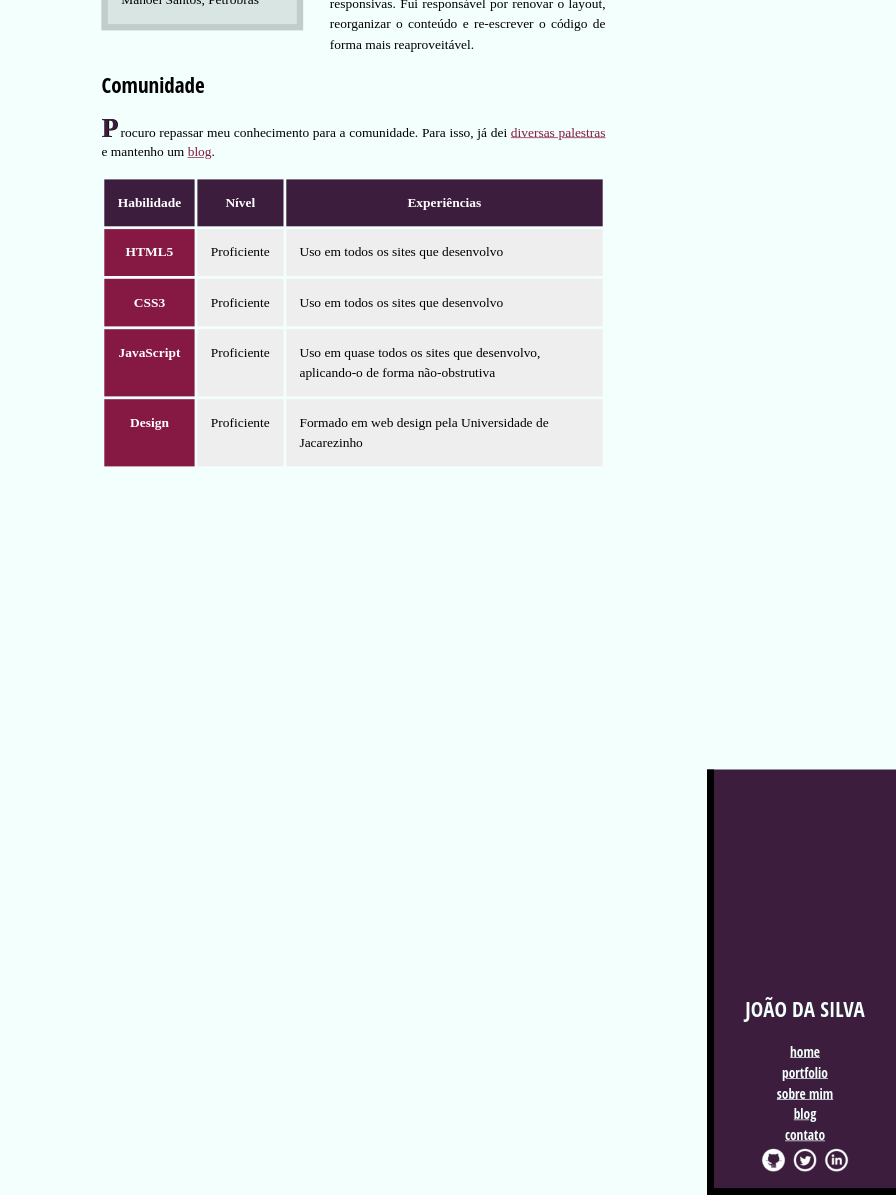
Repository: MichelMiola/html5Css3Avancado
Page: projeto/bio.html
The author's editor kept a copy of each file at every save. The page is drawn from the files as they stood at one save, then again after the next save.
The browser window is 1280 px wide. The pictures show the part of the page from y = 1126 to 3046 px (the page is 2833 px tall before and 3046 px after), at 70% of full size.
Some web fonts or font styles are not loaded; a fallback is used.

Above is the page before, as saved 2015-03-25 15:43:08.

### projeto/bio.html
<!DOCTYPE html>
<html>
<head>
    <meta charset="utf-8">
    <title>João da Silva - Biografia</title>
    <link rel="icon" href="imagens/favicon.png">
    <link rel="stylesheet" href="css/reset.css">
    <link rel="stylesheet" href="css/site.css">
    <link rel="stylesheet" href="css/bio.css">
    <link rel="stylesheet" href="http://fonts.googleapis.com/css?family=Crimson+Text:400,400italic,600">
    <link rel="stylesheet" href="http://fonts.googleapis.com/css?family=Open+Sans+Condensed:700">
</head>
<body>
    <main>
        <h1 class="titulo-principal">Sobre mim</h1>
        <div class="container">
            <p>Moro em São Paulo mas atendo clientes do mundo todo. Sou conhecido por fazer produtos de <em>qualidade</em>, <em>durabilidade</em> e que <em>agregam valor</em> para meus clientes.</p>
            <p>Trabalho usando a web como plataforma, ou seja, respiro HTML5, CSS3 e JavaScript (ou melhor: ECMASCript). Crio sites para todos, seguindo as principais diretivas de <strong>acessibilidade, responsividade e web semântica</strong>, sem descuidar da qualidade de código.</p>
            <h2 class="subtitulo-texto">Como trabalho</h2>
            <blockquote tabindex="1" class="citacao-bio fiat">
                <p>João é o melhor desenvolvedor front-end com quem já trabalhei. Muito eficiente e muito capaz. Recomendo sem dúvidas!</p>
                <cite>José Souza, Fiat</cite>
            </blockquote>
            <p>Satisfazer meus clientes é prioridade. Para isso, garanto um processo de desenvolvimento altamente interativo, baseado em feedback contínuo. <strong>Não trabalho com escopo fechado</strong>: o cliente é que decide quando o produto está pronto.</p>
            <p>Também não trabalho com prazos fechados: <strong>qualidade é importante demais para ser sacrificada</strong>.</p>
            <h2 class="subtitulo-texto">Experiência</h2>
            <blockquote tabindex="1" class="citacao-bio petrobras">
                <p>João domina as tecnologias como ninguém. Eu apresentava um problema, ele tinha na ponta da língua a solução mais adequada com as tecnologias mais recentes.</p>
                <cite>Manoel Santos, Petrobrás</cite>
            </blockquote>
            <p>Já desenvolvi projetos para grandes empresas como <a href="http://bmw.com">BMW</a>, <a href="http://www.uol.com.br">UOL</a> e <a href="http://www.ibm.com.br">IBM</a>. Neles, o foco principal era entregar uma experiência imersiva e impactante para o usuário final sem descuidar do desempenho e da acessibilidade da página.</p>
            <p>Também já fui contratado para transformar grandes portais, como Terra e G1, em páginas responsivas. Fui responsável por renovar o layout, reorganizar o conteúdo e re-escrever o código de forma mais reaproveitável.</p>
            <h2 class="subtitulo-texto">Comunidade</h2>
            <p>Procuro repassar meu conhecimento para a comunidade. Para isso, já dei <a href="portfolio.html">diversas palestras</a> e mantenho um <a href="blog.html">blog</a>.</p>

	        <table class="habilidades">
			  <thead>
			    <tr>
			      <th>Habilidade</th>
			      <th>Nível</th>
			      <th>Experiências</th>
			    </tr>
			  </thead>
			  <tbody>
			    <tr>
			      <th>HTML5</th>
			      <td>Proficiente</td>
			      <td>Uso em todos os sites que desenvolvo</td>
			    </tr>
			    <tr>
			      <th>CSS3</th>
			      <td>Proficiente</td>
			      <td>Uso em todos os sites que desenvolvo</td>
			    </tr>
			    <tr>
			      <th>JavaScript</th>
			      <td>Proficiente</td>
			      <td>Uso em quase todos os sites que desenvolvo, aplicando-o de forma não-obstrutiva</td>
			    </tr>
			    <tr>
			      <th>Design</th>
			      <td>Proficiente</td>
			      <td>Formado em web design pela Universidade de Jacarezinho</td>
			    </tr>
			  </tbody>
			</table>

        </div>


    </main>
    <img src="imagens/eu.jpg" alt="Minha foto" class="minha-foto">
    <aside class="navegacao-site">
        <h1>João da Silva</h1>
        <nav>
            <ul>
                <li><a href="index.html">Home</a></li>
                <li><a href="portfolio.html">Portfolio</a></li>
                <li><a href="bio.html">Sobre mim</a></li>
                <li><a href="blog.html">Blog</a></li>
                <li><a href="contato.html">Contato</a></li>
            </ul>
        </nav>
        <ul class="icones-redes-sociais">
		  <li>
		    <a href="https://github.com/joaodasilva" class="github" data-tooltip="Veja meus projetos opensource">
		      Github
		    </a>
		  </li>
		  <li>
		    <a href="https://twitter.com/joaodasilva" class="twitter" data-tooltip="Siga-me no Twitter">
		      Twitter
		    </a>
		  </li>
		  <li>
		    <a href="https://br.linkedin.com/pub/joão-da-silva/32/4/508" class="linkedin" data-tooltip="Veja meu currículo">
		      LinkedIn
		    </a>
		  </li>
		</ul>
    </aside>
    <footer class="rodape-pagina">
        &copy; João da Silva 2014
    </footer>
</body>
</html>

### projeto/css/site.css
body {
	font-family: "Crimson Text", "Times New Roman", serif;
	background-color: #F2FFFC;
	font-size: 120%;
	line-height: 1.5;
	display: flex;
  	flex-wrap: wrap;
  	display: block;
}

h1, h2, .subtitulo-principal {
	font-family: "Open Sans Condensed", "Arial", sans-serif;
}

h1 {
	text-transform: uppercase;
	font-size: 60px;
}

.titulo-principal {
	text-align: center;
	background-color: #851944;
	color: #FFF;
	padding: 2rem;
	border-bottom: .5rem solid #000;
}

.subtitulo-texto {
	font-size: 30px;
	clear: both;
}

main a {
	color: #851944;
}

main p {
	text-align: justify;
	margin: 20px 0;
}

.navegacao-site {
	text-align: center;
	background-color: #3C1D3D;
	color: #F2FFFC;
	padding: 20px;
	padding-top: calc(300px + 1em);
}

.navegacao-site a {
	color: inherit;
	font-family: "Open Sans Condensed", "Arial", sans-serif;
	text-transform: lowercase;
}

.navegacao-site h1 {
	font-size: 30px;
	margin-bottom: 25px;
}

.rodape-pagina {
	/* background-color: #000; */
	color: #F2FFFC;
	padding: 20px;
	clear: both;
	position: fixed;
	bottom: 0;
	left: 0;
	width: 100%;
	box-sizing: border-box;
	/* background-color: rgba(0, 0, 0, 0.3); */
	background-image: radial-gradient(ellipse at left bottom, rgba(60, 29, 61, 0.8),
		rgba(60, 29, 61, 0.8) 65%, black 65%, black 70%, transparent 70%,
		transparent);
	background-size: 25% 100%;
	background-repeat: no-repeat;
}

.container {
	width: 720px;
	margin-left: auto;
	margin-right: auto;
	padding: 30px 0;
}

strong {
	font-weight: bold;
}

em {
	font-style: italic;
}

.icones-redes-sociais li {
	display: inline-block;
}

.icones-redes-sociais a {
	width: 40px;
	height: 40px;
	display: block;
	text-indent: -99999px;
}

.github {
	background-image: url(../imagens/github.png);
}

.twitter {
	background-image: url(../imagens/twitter.png);
}

.linkedin {
	background-image: url(../imagens/linkedin.png);
}

main {
	/* width: 80%; */
	/* float: left; */
	padding-bottom: 80px;
	width: calc(100% - 0.9 * 300px);
	flex-grow: 1;
}

.minha-foto, .navegacao-site {
	border-left: 10px solid black;
	border-bottom: 10px solid black;
	box-sizing: border-box;
}

.navegacao-site {
	width: 20%;
	float: right;
	position: relative;
	top: 300px;
	width: calc(0.9 * 300px);
}

.minha-foto {
	position: absolute;
	top: 0;
	right: 0;
	height: 300px;
}

.leia-mais {
	padding: .5em;
	margin: 1em;
	display: block;
	font-size: 1.25em;
	text-align: center;
	background-color: #E6E7E8;
}

.citacao-bio {
	background-color: #D9E5E3;
	border: .5em solid #C2CCCA;
	padding: 1em;
	margin: 1em 2em;
	width: 30ch;
	box-sizing: border-box;
}

main a:hover,
main a:focus,
footer a:hover,
footer a:focus {
  color: red;
}

.navegacao-site a:hover,
.navegacao-site a:focus {
  text-shadow: 0 0 2px pink;
}

.icones-redes-sociais a:hover::after,
.icones-redes-sociais a:focus::after {
  content: attr(data-tooltip);
}

.icones-redes-sociais a {
  position: relative;
}
.icones-redes-sociais a:hover::after,
.icones-redes-sociais a:focus::after {
  content: attr(data-tooltip);
  position: absolute;
  top: 100%;
  right: 0;
  text-indent: 0;
}

.icones-redes-sociais a {
  position: relative;
}
.icones-redes-sociais a:hover::after,
.icones-redes-sociais a:focus::after {
  content: attr(data-tooltip);
  position: absolute;
  top: 100%;
  right: 0;
  text-indent: 0;
  width: 300%;
}

.icones-redes-sociais a {
  position: relative;
}

.icones-redes-sociais a:hover::before,
.icones-redes-sociais a:focus::before {
  content: '';
}

.icones-redes-sociais a:hover::before,
.icones-redes-sociais a:focus::before {
  content: '';
  width: 1em;
  height: 1em;
  background-color: black;
}

.icones-redes-sociais a:hover::before,
.icones-redes-sociais a:focus::before {
  content: '';
  width: 1em;
  height: 1em;
  background-color: black;
  position: absolute;
  bottom: 0;
  left: 0;
}

.icones-redes-sociais a:hover::before,
.icones-redes-sociais a:focus::before {
    content: '';
    width: 1em;
    height: 1em;
    background-color: black;
    position: absolute;
    bottom: 0;
    left: 0;
    transform: translateY(.5em) rotate(45deg);
}

.icones-redes-sociais a:hover::after,
.icones-redes-sociais a:focus::after {
  content: attr(data-tooltip);
  position: absolute;
  top: 100%;
  right: 0;
  text-indent: 0;
  width: 300%;
  background: black;
  font-size: .75em;
}

### projeto/css/bio.css
.citacao-bio:nth-of-type(odd) {
    background-color: #D9E5E3;
    border: 10px solid #C2CCCA;
    padding: 20px;
    margin: 20px 40px;
    width: 250px;
    box-sizing: border-box;
}

.citacao-bio:nth-of-type(even){
    float: left;
    margin-left: 0;
}

blockquote:nth-of-type(odd) {
    float: right;
    margin-right: 0;
}

.citacao-bio:hover,
.citacao-bio:focus {
    box-shadow: 0 0 0 99999px rgba(0,0,0,.8);
}
.citacao-bio:nth-of-type(odd):hover,
.citacao-bio:nth-of-type(odd):focus {
    transform: scale(1.2) rotate(5deg);
}
.citacao-bio:nth-of-type(even):hover,
.citacao-bio:nth-of-type(even):focus {
    transform: scale(1.2) rotate(-5deg);
}

.container > p::first-letter {
  font-size: 200%;
  font-weight: bold;
  color: #3C1D3D;
  text-shadow: 1px 1px #000;
}

.container > p::first-letter {
  font-size: 200%;
  font-weight: bold;
  color: #3C1D3D;
  text-shadow: 1px 1px #000;
  margin-right: .2ch;
  line-height: 1;
}

.citacao-bio::before {
    content: '“';
    position: absolute;
    font-size: 10em;
    color: #bbb;
    line-height: .8
}
.citacao-bio > p {
    position: relative;
}

.habilidades th {
  font-weight: bold;
  background-color: #851944;
  color: white;
}

.habilidades thead th {
  /* não precisamos colocar font-weight e color
     pois já fizemos isso para todos os th */
  background-color: #3C1D3D;
}

.habilidades td {
  background-color: #eee;
}

.habilidades th,
.habilidades td {
  padding: 1em;
}
.habilidades {
  border-collapse: separate;
  border-spacing: .25em;
}

.habilidades {
  margin: 1em 0;
}

Loaded but not shown: projeto/css/reset.css (common file)

After the next save:
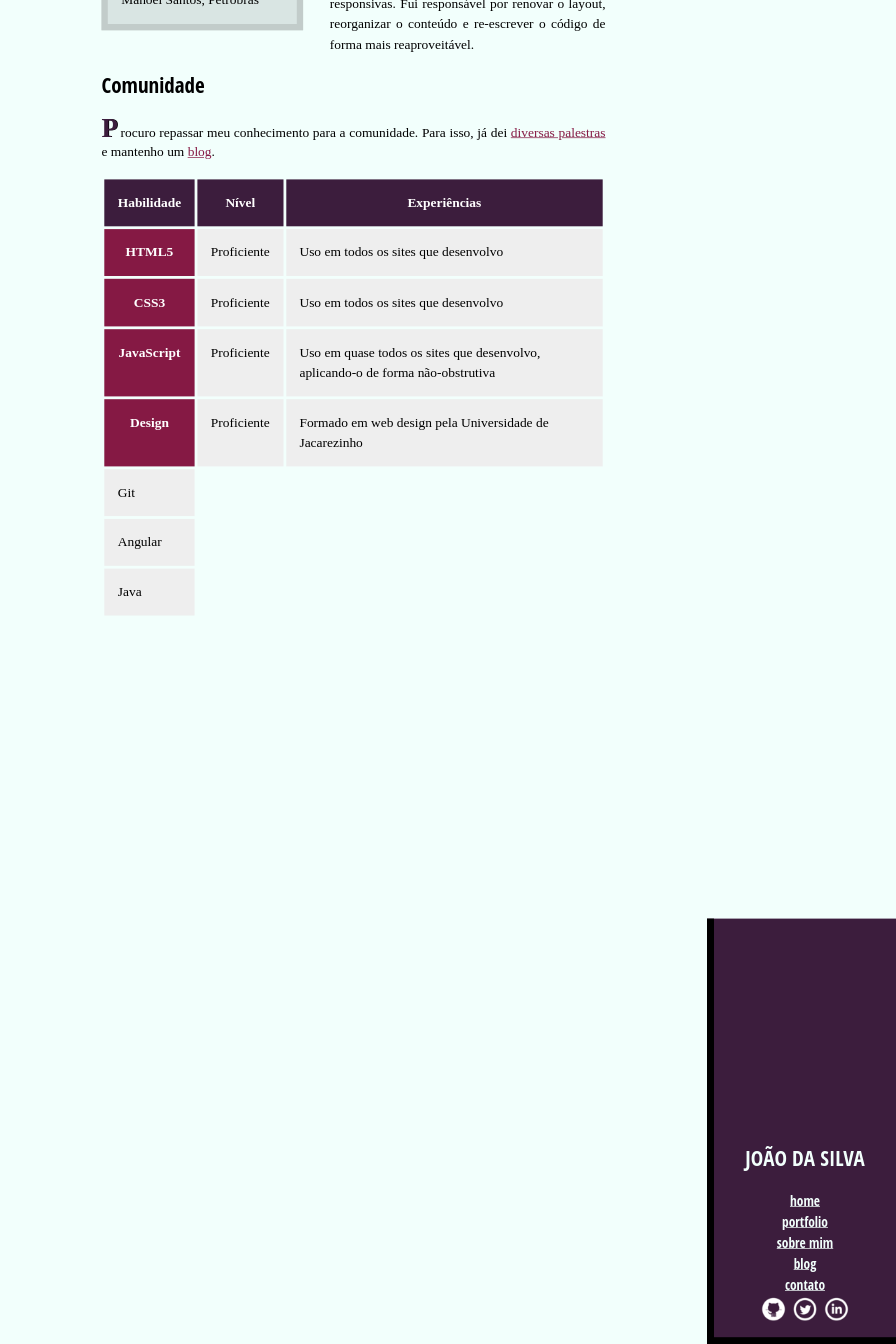
Saved 3 min 9 s later.
--- a/projeto/bio.html
+++ b/projeto/bio.html
@@ -62,6 +62,15 @@
 			      <td>Proficiente</td>
 			      <td>Formado em web design pela Universidade de Jacarezinho</td>
 			    </tr>
+			    <tr>
+			    	<td>Git</td>
+			    </tr>
+			    <tr>
+			    	<td>Angular</td>
+			    </tr>
+			    <tr>
+			    	<td>Java</td>
+			    </tr>
 			  </tbody>
 			</table>
 
